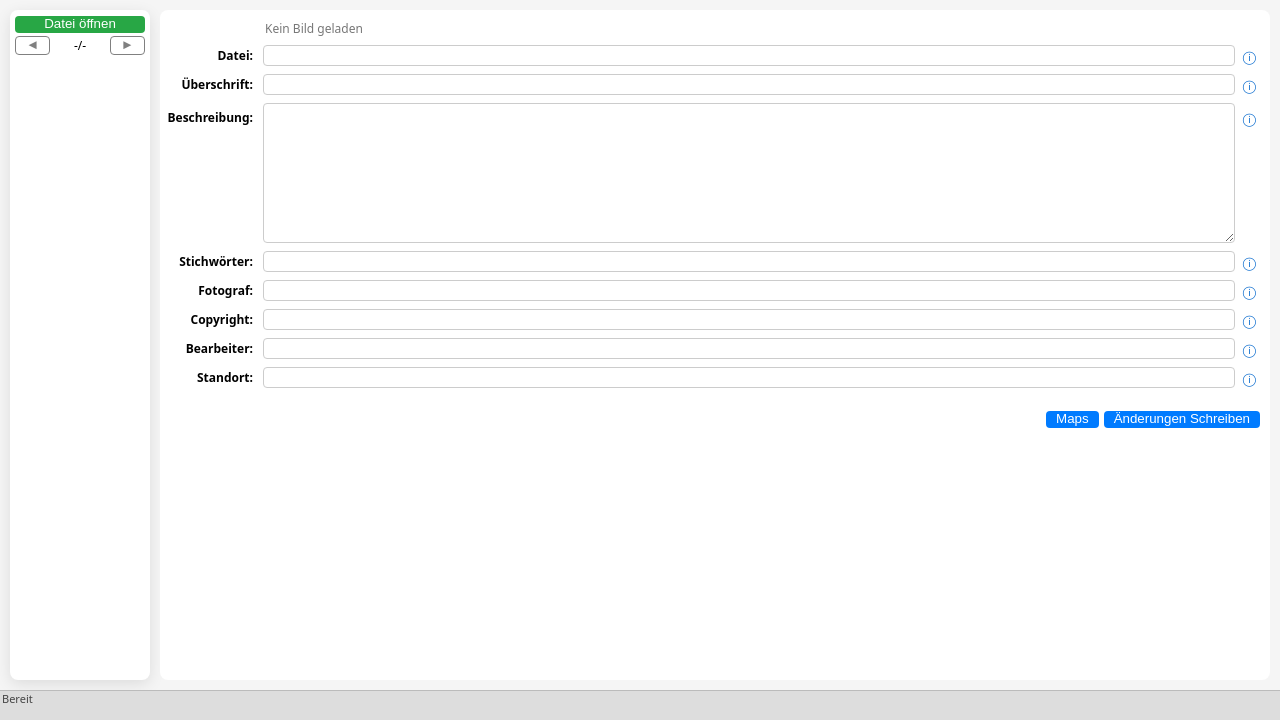
Repository: h-fahle/metadata
Page: ui/index.html
The author's editor kept a copy of each file at every save. The page is drawn from the files as they stood at one save, then again after the next save.
The browser window is 1280 px wide. The pictures show the whole page.

Above is the page before, as saved 2026-08-19 18:57:50.

After the next save:
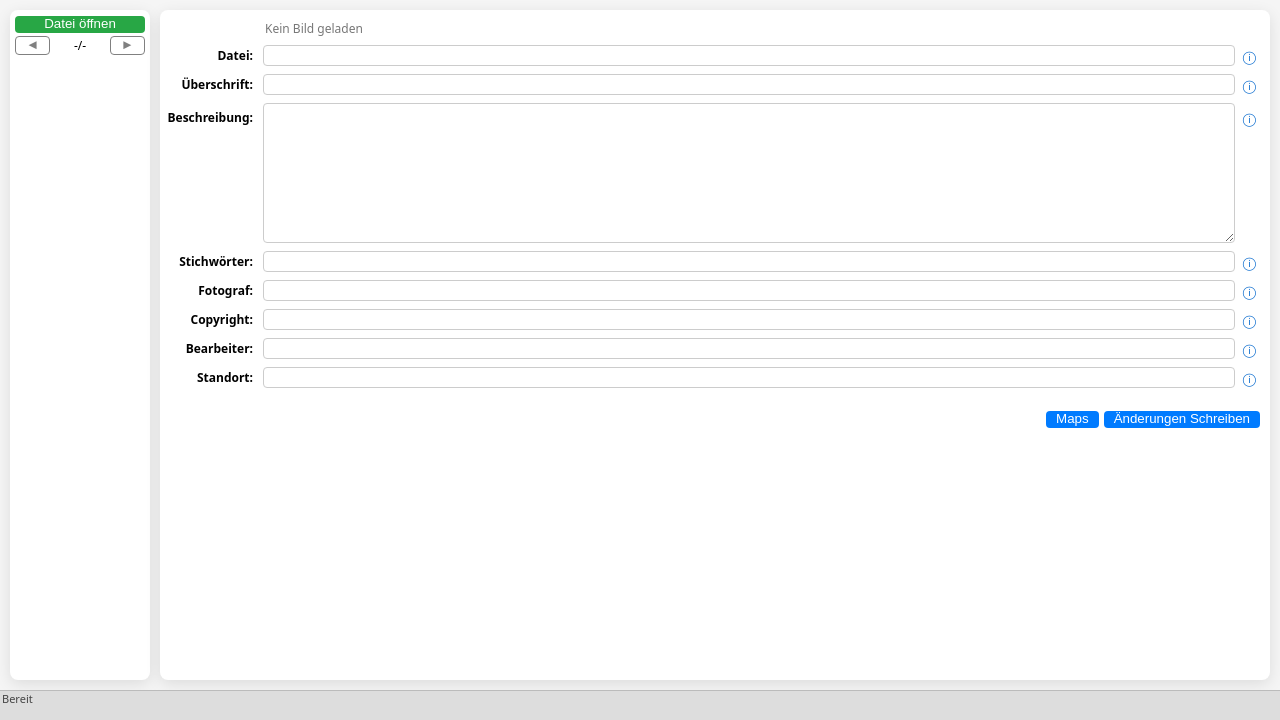
Saved 32 s later.
--- a/ui/style.css
+++ b/ui/style.css
@@ -26,7 +26,6 @@ html, body {
 	gap: 10px;
 	padding: 10px;
 	overflow: hidden; /* Verhindert, dass Riesen-Inhalte das Fenster sprengen */
-	box-shadow: 0 4px 15px rgba(0, 0, 0, 0.1);
 }
 
 /* 3. LINKS: Die Sidebar mit fester Breite */
@@ -49,6 +48,7 @@ html, body {
 	display: flex;
 	flex-direction: column;
 	gap: 8px;
+	box-shadow: 0 4px 15px rgba(0, 0, 0, 0.1);
 }
 
 /* Jede Zeile wird zu einer horizontalen Flexbox */
